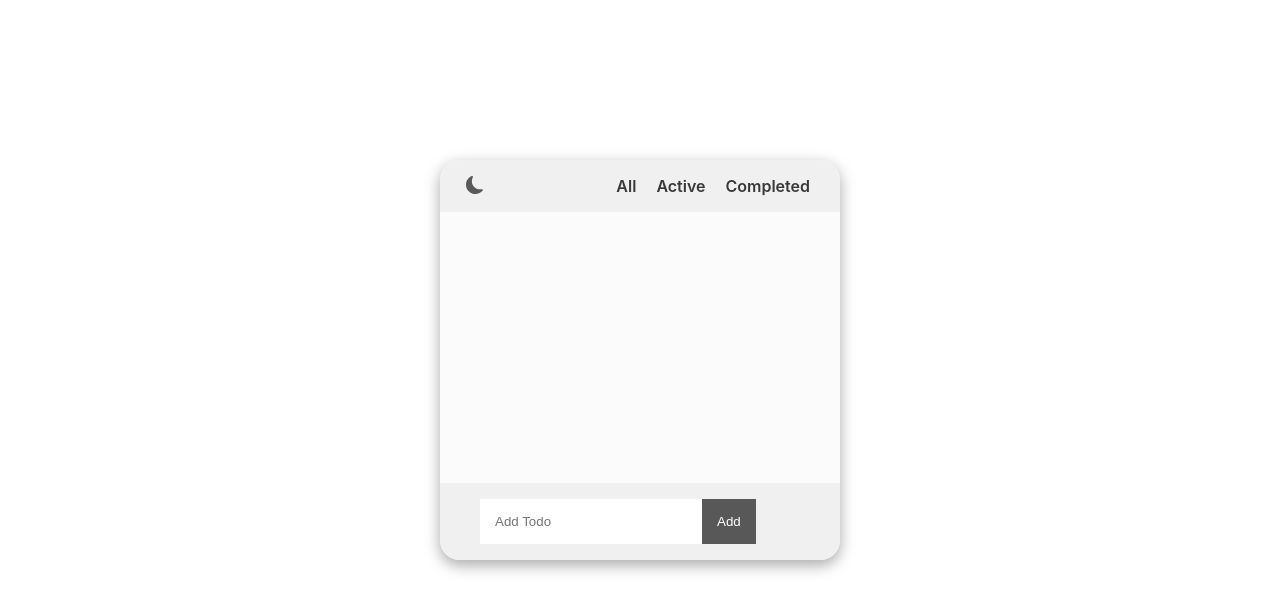
Repository: momo0170/react_todolist
Page: /
These files come from the project's save history. The page is drawn as it stood at one moment and after the next save; the edit follows.
The browser window is 1280 px wide. The pictures show the whole page.
The project was rebuilt for these pictures with package versions that can differ from the ones it lists, and the page was loaded fresh each time. Also part of the build but not shown: src/css/Todo.module.css, src/components/Todo.jsx.

Above is the page before, as saved 2022-11-02 13:07:50.

### src/index.css
body {
  margin: 0;
  font-family: -apple-system, BlinkMacSystemFont, 'Segoe UI', 'Roboto', 'Oxygen',
    'Ubuntu', 'Cantarell', 'Fira Sans', 'Droid Sans', 'Helvetica Neue',
    sans-serif;
  -webkit-font-smoothing: antialiased;
  -moz-osx-font-smoothing: grayscale;
  height: 100vh;
  display: flex;
  justify-content: center;
  align-items: center;
}

code {
  font-family: source-code-pro, Menlo, Monaco, Consolas, 'Courier New',
    monospace;
}

### src/App.jsx
import styles from './App.module.css';
import { BsMoonFill, BsSun } from 'react-icons/bs';
import { useEffect, useRef, useState } from 'react';
import Todo from './components/Todo';

function App() {
  const [todos, setTodos] = useState([]);
  const onSubmit = (e) => {
    console.log(e);
    e.preventDefault();
    if (e.target[0].value !== '') {
      setTodos([...todos, { id: todos.length + 1, name: e.target[0].value }]);
      e.target[0].value = '';
    }
  };

  const onChange = (e) => {
    console.log(e.target.value);
  };
  const onDelete = (targetId) => {
    setTodos((prev) => prev.filter((todo) => todo.id !== targetId));
  };

  console.log(todos);

  return (
    <div className={styles.container}>
      <header className={styles.header}>
        <button className={styles.modeBtn}>
          <BsMoonFill size="18" color="#595959" />
        </button>
        <ul className={styles.filter}>
          <li>All</li>
          <li>Active</li>
          <li>Completed</li>
        </ul>
      </header>
      <main className={styles.main}>
        {todos.map((todo) => (
          <li className={styles.list} key={todo.id}>
            <Todo todo={todo} onDelete={onDelete} />
          </li>
        ))}
      </main>
      <footer className={styles.footer}>
        <form className={styles.form} onSubmit={onSubmit}>
          <input
            type="text"
            placeholder="Add Todo"
            className={styles.input}
            onChange={onChange}
          />
          <button className={styles.addBtn}>Add</button>
        </form>
      </footer>
    </div>
  );
}

export default App;

### src/App.module.css
.container {
  display: flex;
  flex-direction: column;
  border-radius: 20px;
  width: 400px;
  height: 400px;
  box-shadow: rgba(0, 0, 0, 0.35) 0px 5px 15px;
}

.header {
  display: flex;
  background-color: #f0f0f0;
  border-radius: 20px 20px 0 0;
  justify-content: space-between;
  padding: 0 20px;
}
.modeBtn {
  border: 0;
  background-color: transparent;
}
.filter {
  list-style: none;
  display: flex;
  padding: 0;
}
.filter li {
  margin: 0 10px;
  cursor: pointer;
  font-weight: 600;
  color: #393939;
}

.main {
  flex: 1 1 70%;
  background-color: #fbfbfb;
}

.footer {
  flex: 1 1 20%;
  background-color: #f0f0f0;
  border-radius: 0 0 20px 20px;
  display: flex;
  justify-content: center;
  align-items: center;
}
.form {
  display: flex;
  width: 80%;
}
.input {
  width: 60%;
  border: 0;
  padding: 15px;
}
input:focus::placeholder {
  color: transparent;
}
input:focus {
  outline: 0;
}
.addBtn {
  border: 0;
  padding: 15px;
  background-color: #585858;
  color: white;
}

Loaded but not shown: public/index.html (common file); src/index.js (common file); src/reportWebVitals.js (common file)

After the next save:
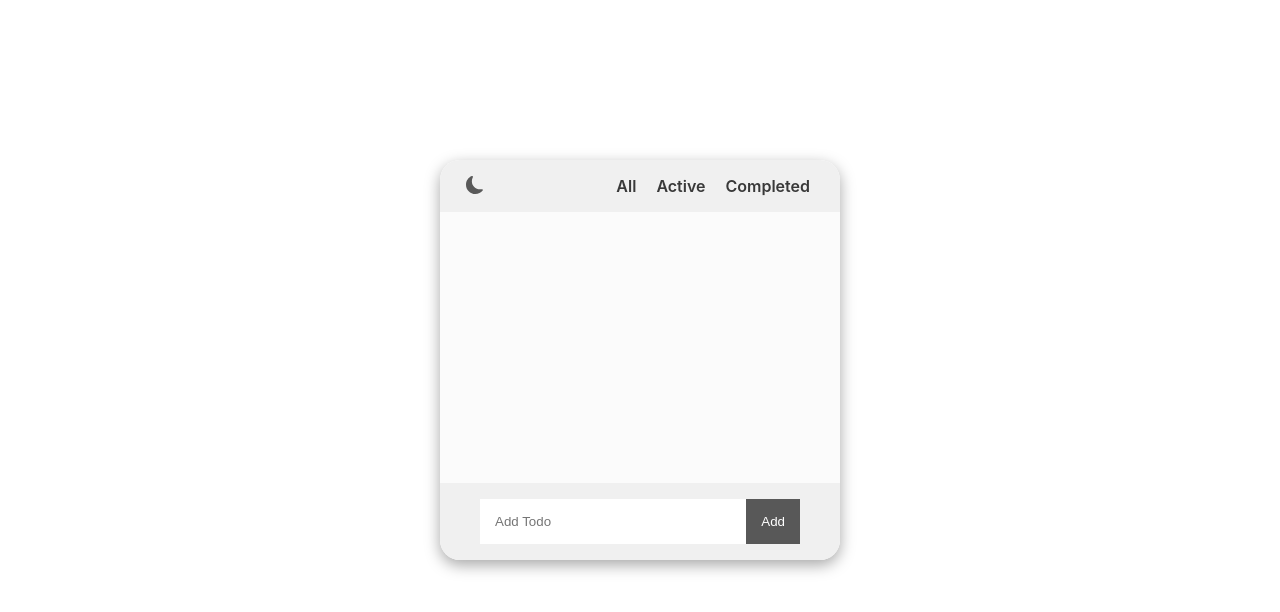
Saved 10 s later.
--- a/src/App.module.css
+++ b/src/App.module.css
@@ -48,7 +48,7 @@
   width: 80%;
 }
 .input {
-  width: 60%;
+  flex: 1 1 80%;
   border: 0;
   padding: 15px;
 }
